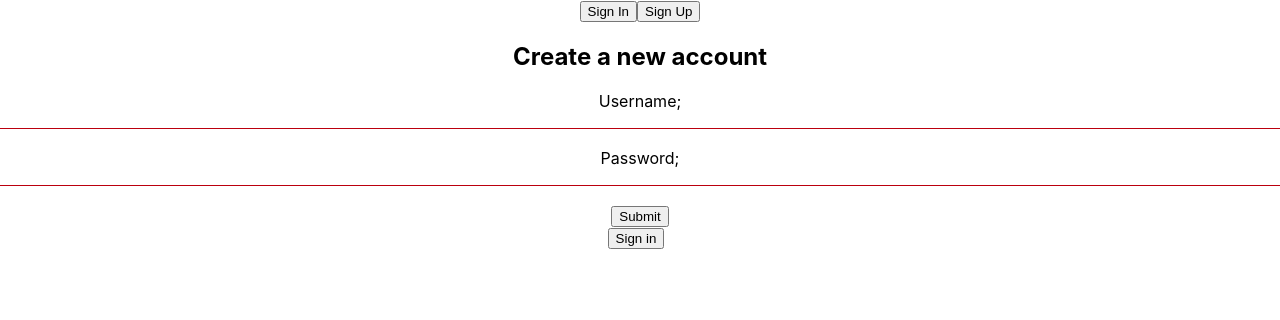
Repository: sebounti/holbertonschool-cinema-guru
Page: / (app in cinema-guru/), after clicking the first element matching `div.auth-toggle > :nth-child(2)`
The author's editor kept a copy of each file at every save. The page is drawn from the files as they stood at one save, then again after a run of saves.
The browser window is 1280 px wide. The pictures show the whole page.
The page's requests for data from a server got no answer. The project was rebuilt for these pictures with package versions that can differ from the ones it lists, and the page was loaded fresh each time. No one was signed in, and anything a server would have sent is missing. Also part of the build but not shown: cinema-guru/src/routes/auth/auth.css, cinema-guru/src/routes/dashboard/dashboard.css, cinema-guru/src/components/navigation/navigation.css, cinema-guru/src/components/components.css, cinema-guru/src/components/Activity.js, cinema-guru/src/components/navigation/SideBar.js, cinema-guru/src/components/navigation/Header.js, cinema-guru/src/components/movies/movies.css and 10 more.

Above is the page before, as saved 2024-11-02 22:49:26.

### cinema-guru/src/App.js
import React, { useState, useEffect } from "react";
import axios from "axios";
import Authentication from "./routes/auth/Authentication";
import Dashboard from "./routes/dashboard/Dashboard";
import "./App.css";

function App() {
  const [IsLoggedIn, setIsLoggedIn] = useState(false);
  const [userUsername, setUserUsername] = useState("");
  useEffect(() => {
    const accessToken = localStorage.getItem("accessToken");
    axios
      .post(
        "http://localhost:8000/api/auth",
        {},
        {
          headers: {
            authorization: `Bearer ${accessToken}`,
          },
        },
      )
      .then((response) => {
        setUserUsername(response.data.username);
        setIsLoggedIn(true);
      });
  }, []);
  return (
    <div className="App">
      {IsLoggedIn ? (
        <Dashboard userUsername={userUsername} setIsLoggedIn={setIsLoggedIn} />
      ) : (
        <Authentication
          IsLoggedIn={IsLoggedIn}
          setIsLoggedIn={setIsLoggedIn}
          setUserUsername={setUserUsername}
        />
      )}
    </div>
  );
}

export default App;

### cinema-guru/src/routes/auth/Authentication.js
import React, { useState } from 'react';
import './auth.css';
import axios from 'axios';
import Login from './login';
import Register from './Register';
import Button from '../../components/general/Button';

export default function Authentication({ setIsLoggedIn, setUserUsername }) {
  const [_switch, setSwitch] = useState(true); // True pour Login, false pour Register
  const [username, setUsername] = useState('');
  const [password, setPassword] = useState('');

  // Fonction handleSubmit pour gérer l'envoi du formulaire
  const handleSubmit = async (e) => {
    e.preventDefault(); // Empêche le rechargement de la page

    try {
      const endpoint = _switch ? '/api/auth/login' : '/api/auth/register';
      const response = await axios.post(endpoint, {
        username,
        password,
      });

      // Si la requête est un succès
      if (response.status === 200) {
        const token = response.data.token;
        localStorage.setItem('accessToken', token); // Stocke le token JWT
        setUserUsername(username); // Met à jour le nom d'utilisateur dans l'état
        setIsLoggedIn(true); // Passe l'état de connexion à vrai
      }
    } catch (error) {
      console.error('Erreur lors de la requête:', error);
      alert('Erreur lors de la connexion ou de l\'inscription');
    }
  };

  return (
    <div className="authentication-container">
      <div className="auth-toggle">
        <Button
          label="Sign In"
          onClick={() => setSwitch(true)}
          className={`toggle-button ${_switch ? 'active' : ''}`}
        />
        <Button
          label="Sign Up"
          onClick={() => setSwitch(false)}
          className={`toggle-button ${!_switch ? 'active' : ''}`}
        />
      </div>

      <form onSubmit={handleSubmit} className="auth-form">
        {_switch ? (
          <Login
            username={username}
            password={password}
            setUsername={setUsername}
            setPassword={setPassword}
          />
        ) : (
          <Register
            username={username}
            password={password}
            setUsername={setUsername}
            setPassword={setPassword}
          />
        )}
        <Button label="Sign in"
                onClick={handleSubmit}
                // eslint-disable-next-line no-undef
                className={Button}
                icon={<i className="fa fa-sign-in"></i>} // Exemple avec une icône FontAwesome
                type="submit" />
      </form>
    </div>
  );
}

### cinema-guru/src/routes/auth/login.js
import React from "react";
import "./auth.css";
import Input from "../../components/general/Input";
import Button from "../../components/general/Button";

export default function Login({
  username,
  password,
  setUsername,
  setPassword,
}) {
  // Gestionnaire pour soumettre le formulaire de connexion
  const handleSubmit = (e) => {
    e.preventDefault();
    // Ajoutez ici la logique de connexion, par exemple en appelant une API pour authentifier l'utilisateur
    console.log("Login attempt with:", { username, password });
  };

  return (
    <div className="login-container">
      <h2>Create a new account</h2>
      <form onSubmit={handleSubmit} className="login-form">
        <div className="input-group">
          <Input
            label="Username :"
            type="text"
            value={username}
            setValue={setUsername}
            className="input"
          />
        </div>
        <div className="input-group">
          <Input
            label="Password :"
            type="password"
            value={password}
            setValue={setPassword}
            className="input"
          />
        </div>
      </form>
    </div>
  );
}

### cinema-guru/src/routes/auth/Register.js
import React from 'react';
import './auth.css';
import Input from '../../components/general/Input';
import Button from '../../components/general/Button';

export default function Register({ username, password, setUsername, setPassword }) {
  // Gestionnaire pour soumettre le formulaire d'inscription
  const handleSubmit = (e) => {
    e.preventDefault();
    // Ajoutez ici la logique d'inscription, par exemple en appelant une API pour créer un nouvel utilisateur
    console.log("Registration attempt with:", { username, password });
  };

  return (
    <div className="register-container">
      <h2>Create a new account</h2>
      <form onSubmit={handleSubmit} className="register-form">
        <div className="input-group">
          <Input
            label="Username"
            type="text"
            value={username}
            setValue={setUsername}
            className="input"
          />
        </div>
        <div className="input-group">
          <Input
            label="Password"
            type="password"
            value={password}
            setValue={setPassword}
            className="input"
          />
        </div>
        <Button label="Submit" onClick={handleSubmit} className="submit-button" />
      </form>
    </div>
  );
}

### cinema-guru/src/components/general/Button.js
import "./general.css";
import { FontAwesomeIcon } from "@fortawesome/react-fontawesome";

export default function Button({ label, className, onClick, icon }) {
  return (
    <button className={"button " + className} onClick={onClick}>
      {icon && <FontAwesomeIcon icon={icon} className="button-icon" />}
      {label}
    </button>
  );
}

### cinema-guru/src/components/general/Input.js
import "./general.css";
import { FontAwesomeIcon } from "@fortawesome/react-fontawesome";
import React from "react";

export default function Input({
  label,
  type,
  className,
  value,
  setValue,
  icon,
  inputAttributes,
}) {
  const handleInput = (event) => {
    setValue(event.target.value);
  };
  return (
    <span className={"text-input " + className}>
      <label>
        {icon && <FontAwesomeIcon icon={icon} className="icon" />}
        {label};
      </label>
      <input
        type={type}
        value={value}
        onChange={handleInput}
        {...inputAttributes}
      />
    </span>
  );
}

### cinema-guru/src/components/general/general.css
.icon {
  margin-right: 0.5rem;
}

.text-input {
  display: flex;
  flex-direction: column;
  width: 100%;
  margin: 1.2rem 0;
}

.text-input label .icon {
  margin-right: 0.5rem;
  color: var(--primary);
  opacity: 0.2;
}

.text-input input {
  outline: none;
  border: none;
  border-bottom: 1px solid #BB000E;
  transition: 0.6s;
}

.text-input input:hover,
.text-input input:focus {
  border-bottom-color: #BB000E;
}

### cinema-guru/src/components/general/SubmitButton.js
import { FontAwesomeIcon } from "@fortawesome/react-fontawesome";

const SubmitButton = ({ label, icon = "", className = "", onClick }) => {
  return (
    <button className={"submit-button " + className} onClick={onClick}>
      {icon && <FontAwesomeIcon icon={icon} className="icon" />}
      <p>{label}</p>
    </button>
  );
};

export default SubmitButton;

Loaded but not shown: cinema-guru/public/index.html (common file); cinema-guru/src/index.js (common file); cinema-guru/src/index.css (common file); cinema-guru/src/App.css (common file)

After the next 2 saves:
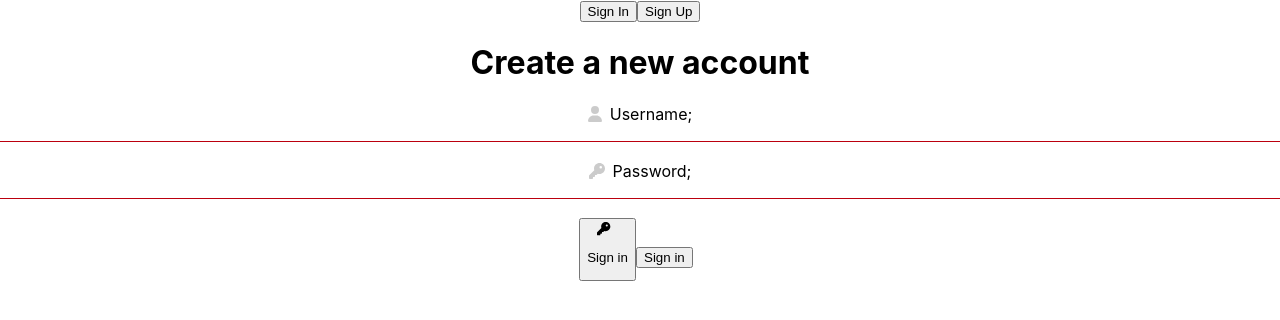
The 2 saves are shown as one change because they came seconds apart.
The last was saved 13 s later.
--- a/cinema-guru/src/routes/auth/Register.js
+++ b/cinema-guru/src/routes/auth/Register.js
@@ -1,40 +1,30 @@
-import React from 'react';
-import './auth.css';
-import Input from '../../components/general/Input';
-import Button from '../../components/general/Button';
+import "./auth.css";
+import Input from "../../components/general/Input";
+import SubmitInput from "../../components/general/SubmitButton";
+import { faUser, faKey } from "@fortawesome/free-solid-svg-icons";
+import { Fragment } from "react";
 
-export default function Register({ username, password, setUsername, setPassword }) {
-  // Gestionnaire pour soumettre le formulaire d'inscription
-  const handleSubmit = (e) => {
-    e.preventDefault();
-    // Ajoutez ici la logique d'inscription, par exemple en appelant une API pour créer un nouvel utilisateur
-    console.log("Registration attempt with:", { username, password });
-  };
+const Register = ({ username, setUsername, password, setPassword }) => {
+  return (
+    <Fragment>
+      <h1 className="authentication-header">Create a new account</h1>
+      <Input
+        type="text"
+        icon={faUser}
+        label="Username"
+        value={username}
+        setValue={setUsername}
+      />
+      <Input
+        type="password"
+        icon={faKey}
+        label="Password"
+        value={password}
+        setValue={setPassword}
+      />
+      <SubmitInput label="Sign in" icon={faKey} />
+    </Fragment>
+  );
+};
 
-  return (
-    <div className="register-container">
-      <h2>Create a new account</h2>
-      <form onSubmit={handleSubmit} className="register-form">
-        <div className="input-group">
-          <Input
-            label="Username"
-            type="text"
-            value={username}
-            setValue={setUsername}
-            className="input"
-          />
-        </div>
-        <div className="input-group">
-          <Input
-            label="Password"
-            type="password"
-            value={password}
-            setValue={setPassword}
-            className="input"
-          />
-        </div>
-        <Button label="Submit" onClick={handleSubmit} className="submit-button" />
-      </form>
-    </div>
-  );
-}
+export default Register;
